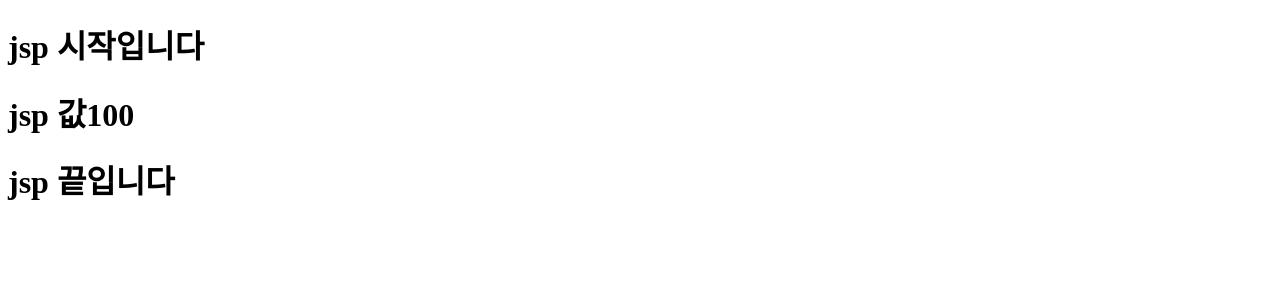
Repository: ryu1917/jsp
Page: http://localhost/jsp/test.jsp
An editor plug-in stored every save of this project. The page is shown before and after the next save, followed by the edit.
The browser window is 1280 px wide. The pictures show the whole page.
The page is served by Tomcat 9.

Above is the page before, as saved 2021-04-20 09:05:19.

After the next save:
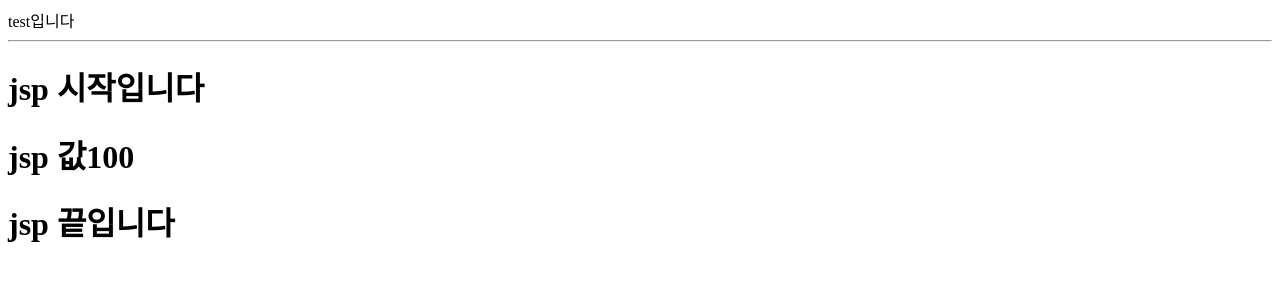
Saved 68 min 27 s later.
--- a/workspace/jsp/src/main/webapp/test.jsp
+++ b/workspace/jsp/src/main/webapp/test.jsp
@@ -7,7 +7,10 @@
 <title>Insert title here</title>
 </head>
 <body>
+<%= "test입니다" %>
+<hr>
 	<h1>jsp 시작입니다</h1>
+	<%--jsp전체주석 --%>
 	<%
 		int num=100;
 	System.out.print(num);//콘솔로 출력
